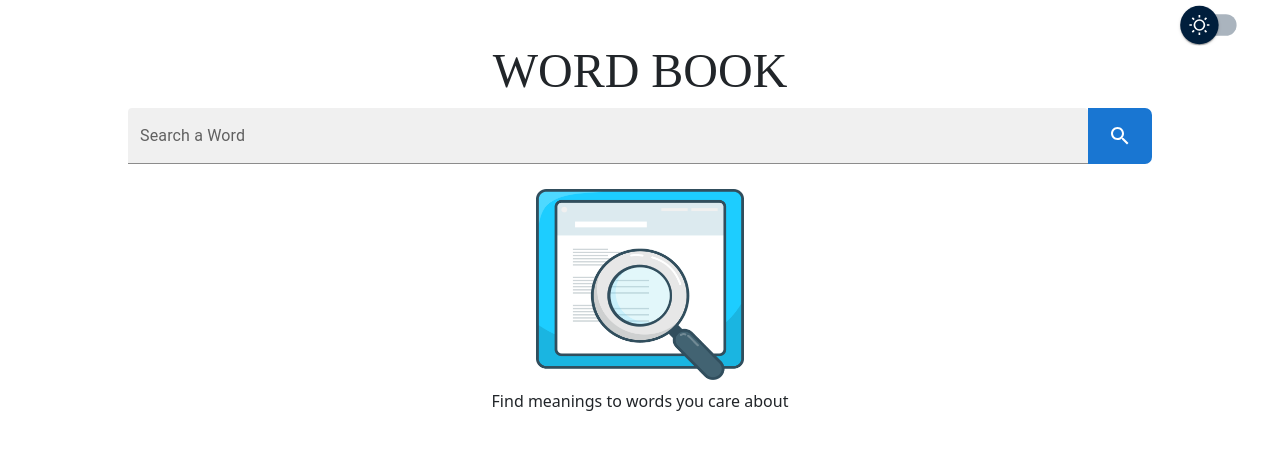
Repository: marveldev/my-dictionary
Page: /
These files come from the project's save history. The page is drawn as it stood at one moment and after the next save; the edit follows.
The browser window is 1280 px wide. The pictures show the whole page.
The project was rebuilt for these pictures with package versions that can differ from the ones it lists, and the page was loaded fresh each time. Also part of the build but not shown: src/components/themeSwitcher/MUISwitch.jsx.

Above is the page before, as saved 2022-05-29 18:13:41.

After the next save:
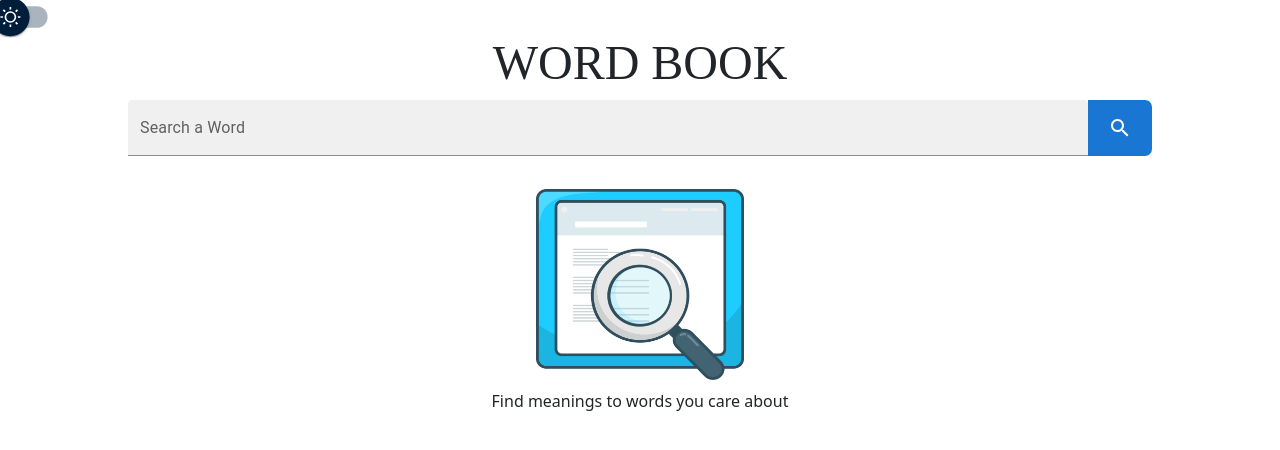
Saved 69 s later.
--- a/src/components/themeSwitcher/ThemeSwitcher.jsx
+++ b/src/components/themeSwitcher/ThemeSwitcher.jsx
@@ -9,7 +9,7 @@ const ThemeSwitcher = ({ theme, setTheme, themePalette }) => {
   }
 
   return (
-    <div className="text-end mx-lg-4 mt-2">
+    <div className="theme-switcher">
       <FormControlLabel
         label=""
         control={
